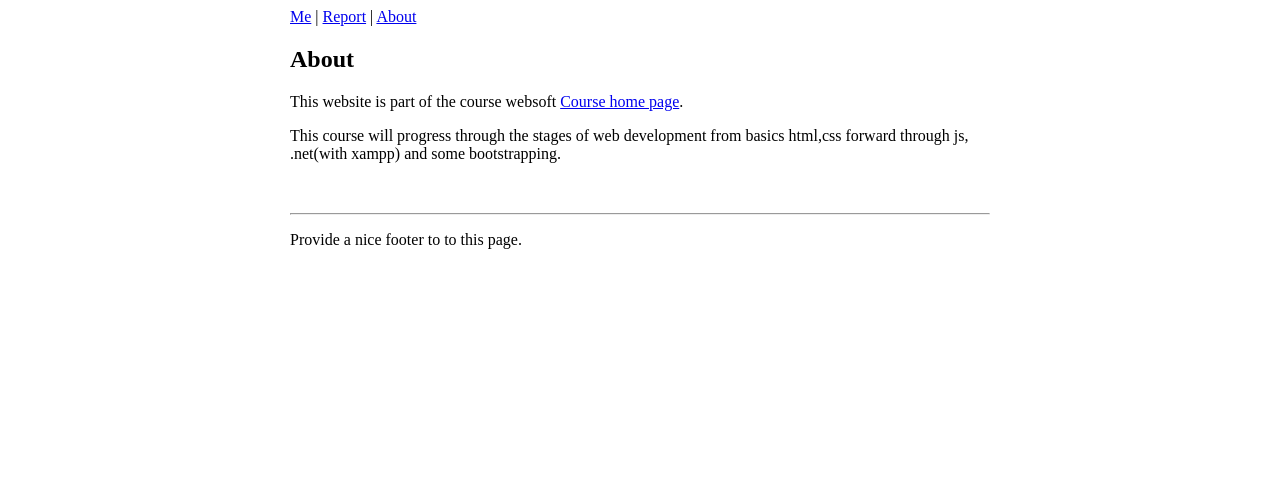
Repository: Webbprogrammering/websoft
Page: work/report/about.html
These files come from the project's save history. The page is drawn as it stood at one moment and after a run of saves; the edit follows.
The browser window is 1280 px wide. The pictures show the whole page.

Above is the page before, as saved 2020-01-24 07:28:09.

### work/report/about.html
<!doctype html>
<html lang="en">
<head>
    <meta charset="utf-8">
    <title>About this site</title>
    <link rel="stylesheet" href="css/style.css">
    <link rel="icon" href="favicon.ico">
</head>

<body>



    <header>
        <nav>
            <a href="https://john-daley.github.io/websoft/work/report/me">Me</a> |
            <a href="https://john-daley.github.io/websoft/work/report/report">Report</a> |
            <a href="https://john-daley.github.io/websoft/work/report/about">About</a>
        </nav>
    </header>


<article>

<h1>About</h1>

<p>This website is part of the course websoft <a href="https://www.hkr.se/kurs/DA377B/kursplan">Course home page</a>. <i></i></p>

<p>This course will progress through the stages of web development from basics html,css forward through js, .net(with xampp) and some bootstrapping.</p>

<p></p>

<p>
    <img src=""
    Heres a little meme for ya</p>

</article>

<footer>
    <hr>
    <p>Provide a nice footer to to this page.</p>
</footer>

<script type="text/javascript" src="js/main.js"></script>
</body>
</html>

### work/report/css/style.css
/*
 * Comments are written as C++ style.
 */
html {
    overflow-y: scroll;
}

body {
    margin: 8px auto;
    background: #fff;
    width: 700px;
}

Loaded but not shown: work/report/js/main.js (common file)

After the next 3 saves:
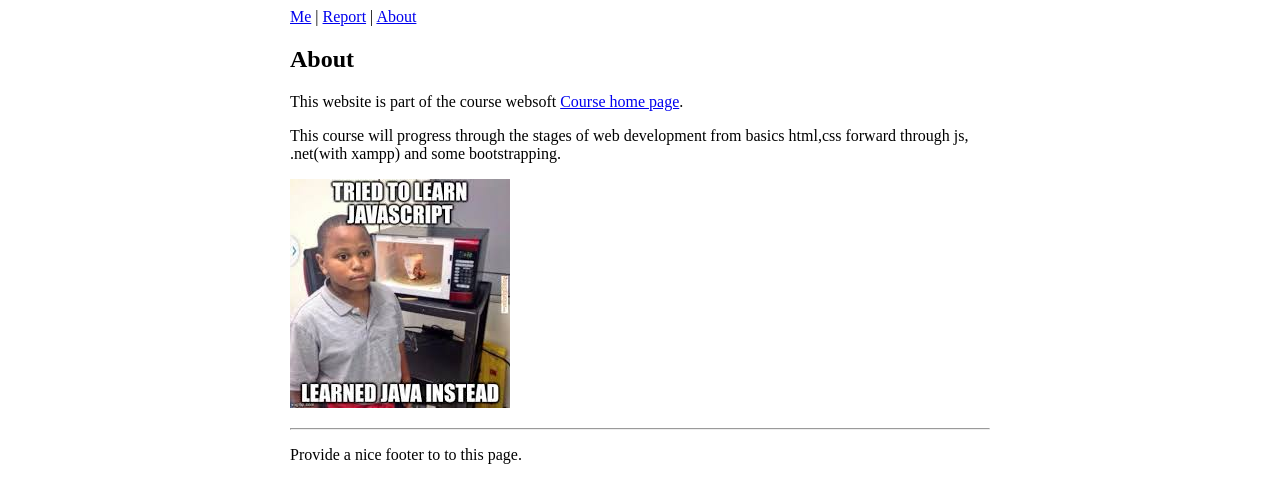
The 3 saves are shown as one change because they came seconds apart.
The last was saved 27 s later.
--- a/work/report/about.html
+++ b/work/report/about.html
@@ -31,7 +31,7 @@
 <p></p>
 
 <p>
-    <img src=""
+    <img src="img/jsmeme.jpeg" width=""
     Heres a little meme for ya</p>
 
 </article>
